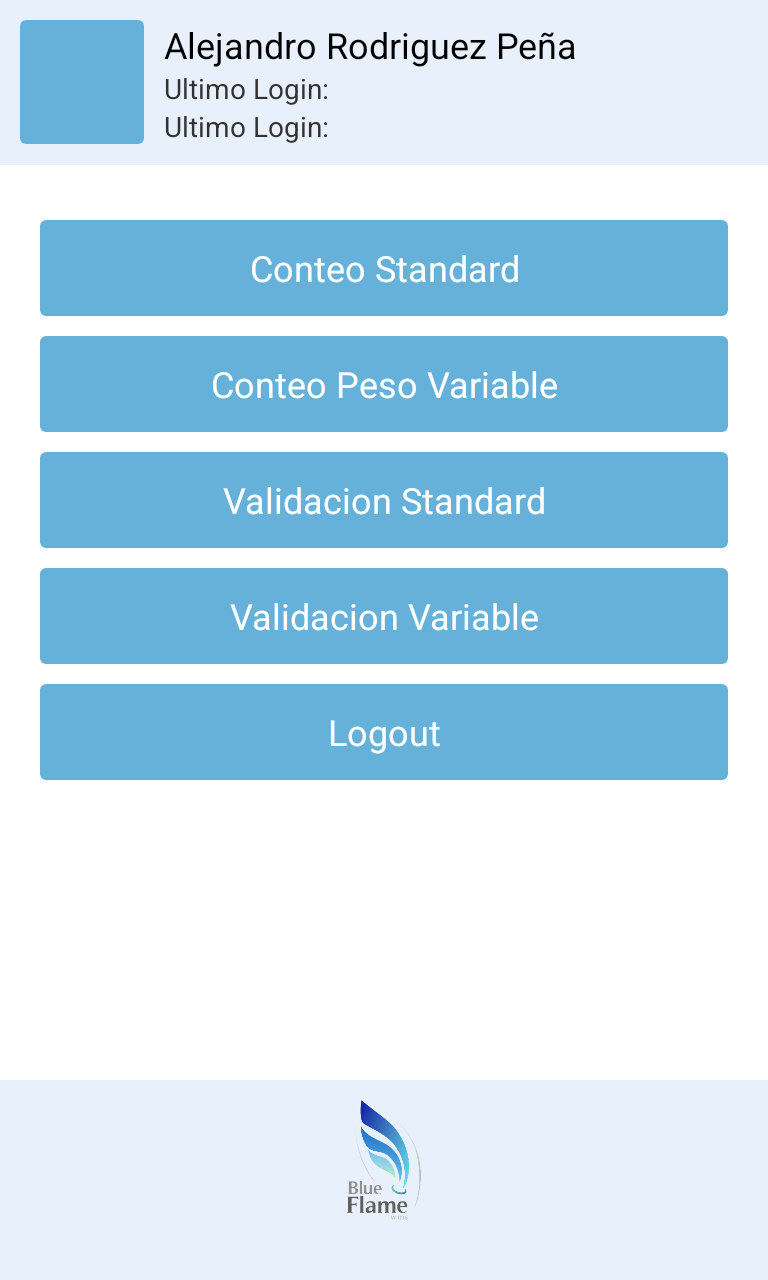
Repository: arodriguezp2003/aqandroid
Layout: BlueFlameWMS/res/layout/lmenu.xml
The author's editor kept a copy of each file at every save. The layout is drawn from the files as they stood at one save, then again after the next save.
It is drawn on a 768 x 1280 px phone screen (xhdpi) without system bars, with theme AppTheme; the app's code is not run.

Above is the layout before, as saved 2014-06-20 19:32:11.

After the next save:
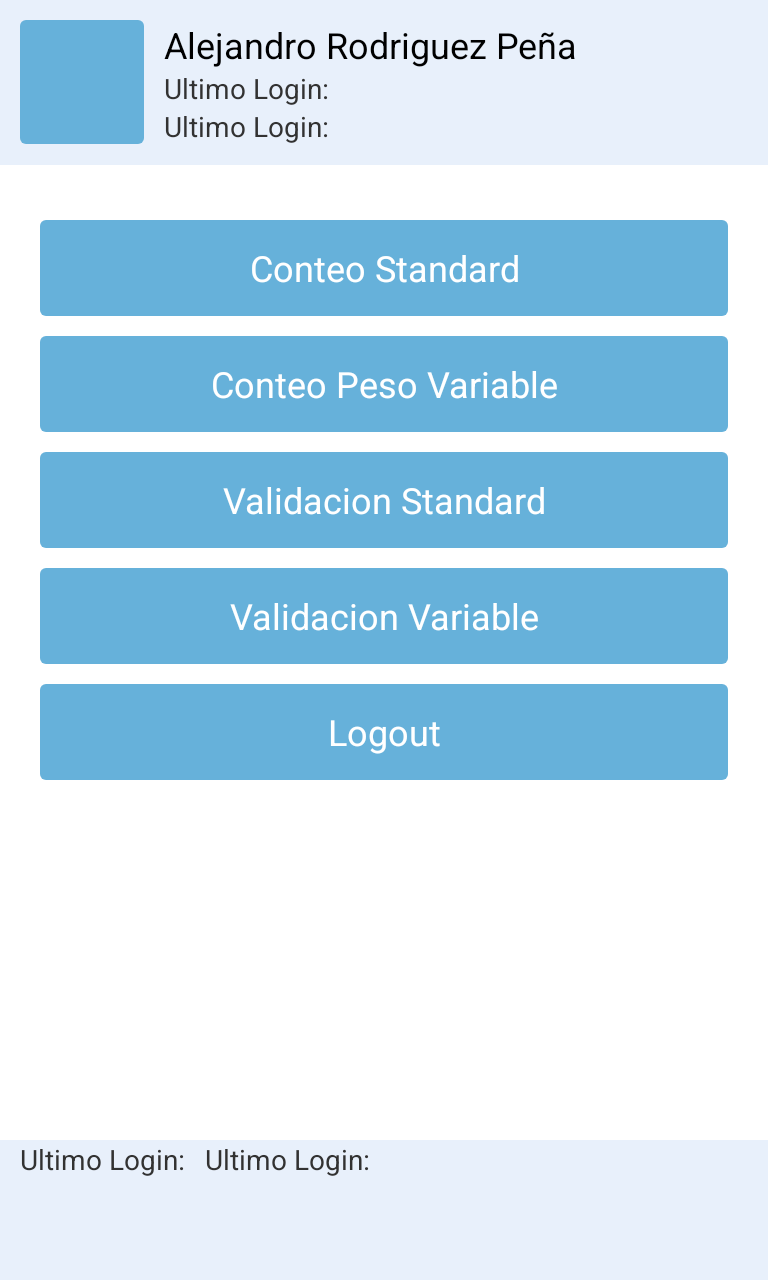
Saved 2 min 33 s later.
--- a/BlueFlameWMS/res/layout/lmenu.xml
+++ b/BlueFlameWMS/res/layout/lmenu.xml
@@ -59,17 +59,25 @@
   <LinearLayout
       android:id="@+id/footer"
       android:layout_width="fill_parent"
-      android:layout_height="100dip"
+      android:layout_height="70dp"
       android:layout_alignParentBottom="true"
       android:background="@drawable/fondo" >
-
-      <ImageView
-          android:id="@+id/logosss"
-          android:layout_width="match_parent"
-          android:padding="10dp"
-          android:layout_height="80dp"
-          android:src="@drawable/logos"
-        />
+   <TextView
+                android:id="@+id/xLastLog"
+                android:layout_width="wrap_content"
+                android:layout_height="wrap_content"
+                android:paddingLeft="10dp"
+                android:paddingTop="0dp"
+                android:text="Ultimo Login:"
+                android:textAppearance="?android:attr/textAppearanceSmall" />
+      <TextView
+                android:id="@+id/xLastLog"
+                android:layout_width="wrap_content"
+                android:layout_height="wrap_content"
+                android:paddingLeft="10dp"
+                android:paddingTop="0dp"
+                android:text="Ultimo Login:"
+                android:textAppearance="?android:attr/textAppearanceSmall" />
 
         </LinearLayout>
 
